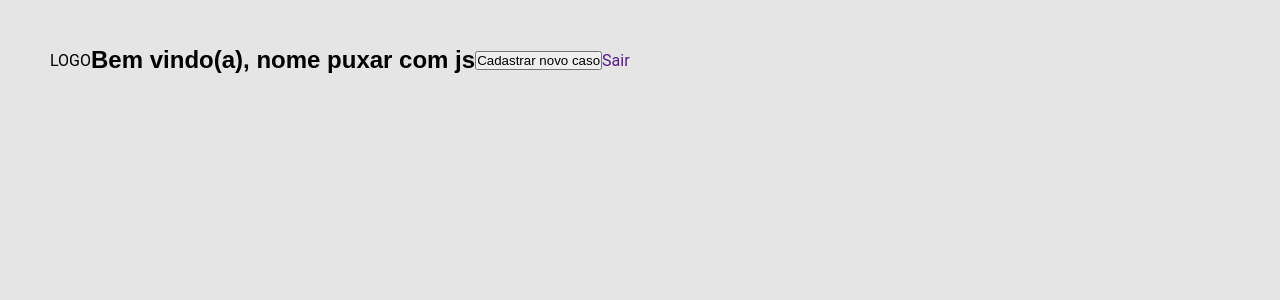
Repository: Dirlandia404/Casos
Page: src/pages/cadastroOng.html
These files come from the project's save history. The page is drawn as it stood at one moment and after the next save; the edit follows.
The browser window is 1280 px wide. The pictures show the whole page.

Above is the page before, as saved 2021-07-14 10:39:33.

After the next save:
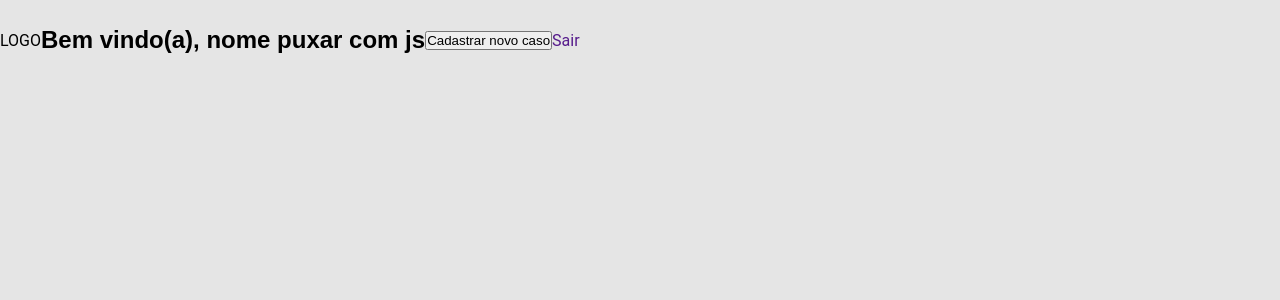
Saved 6 s later.
--- a/src/style/cadastroOng.css
+++ b/src/style/cadastroOng.css
@@ -1,5 +1,5 @@
 header{
-    margin: 20px 50px 80px 50px ;
+
     height: 5rem;
     display: flex;
     align-items: center;
